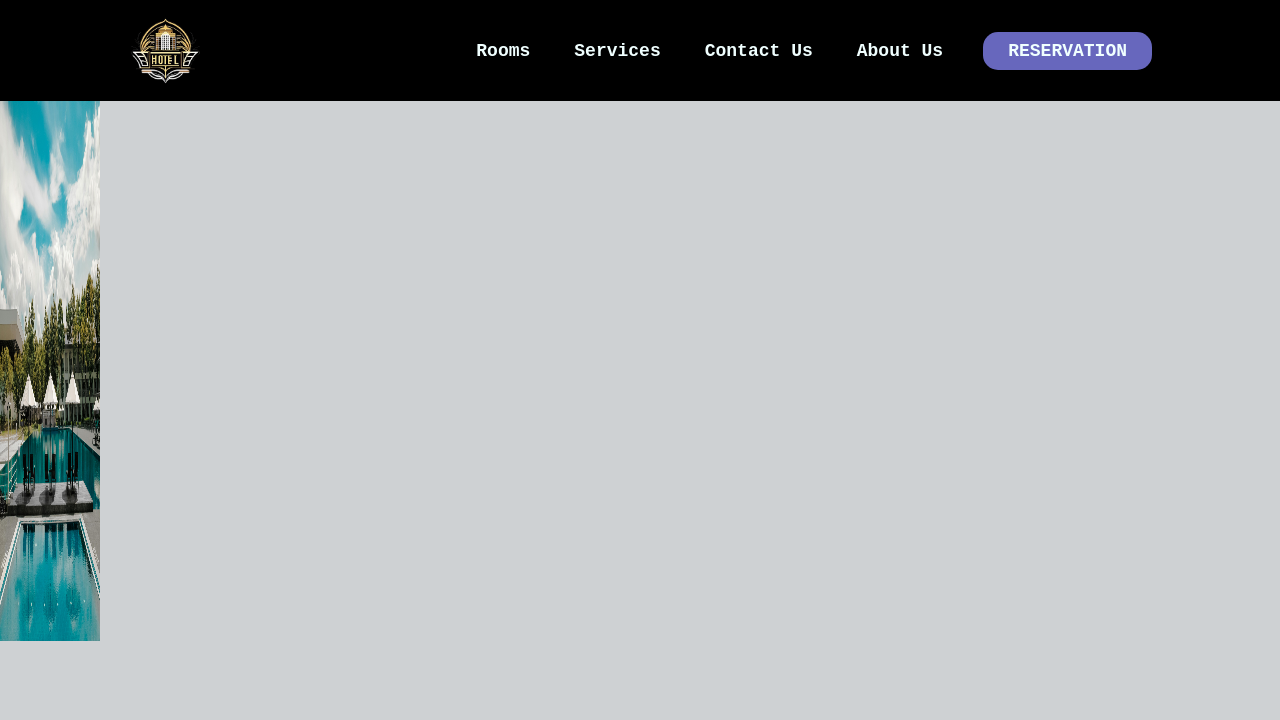
Repository: DhananjayaLakshan/Uom-Web_Design_For_Beginners
Page: Final Assignment/index.html
An editor plug-in stored every save of this project. The page is shown before and after the next save, followed by the edit.
The browser window is 1280 px wide. The pictures show the whole page.

Above is the page before, as saved 2023-11-29 14:20:02.

After the next save:
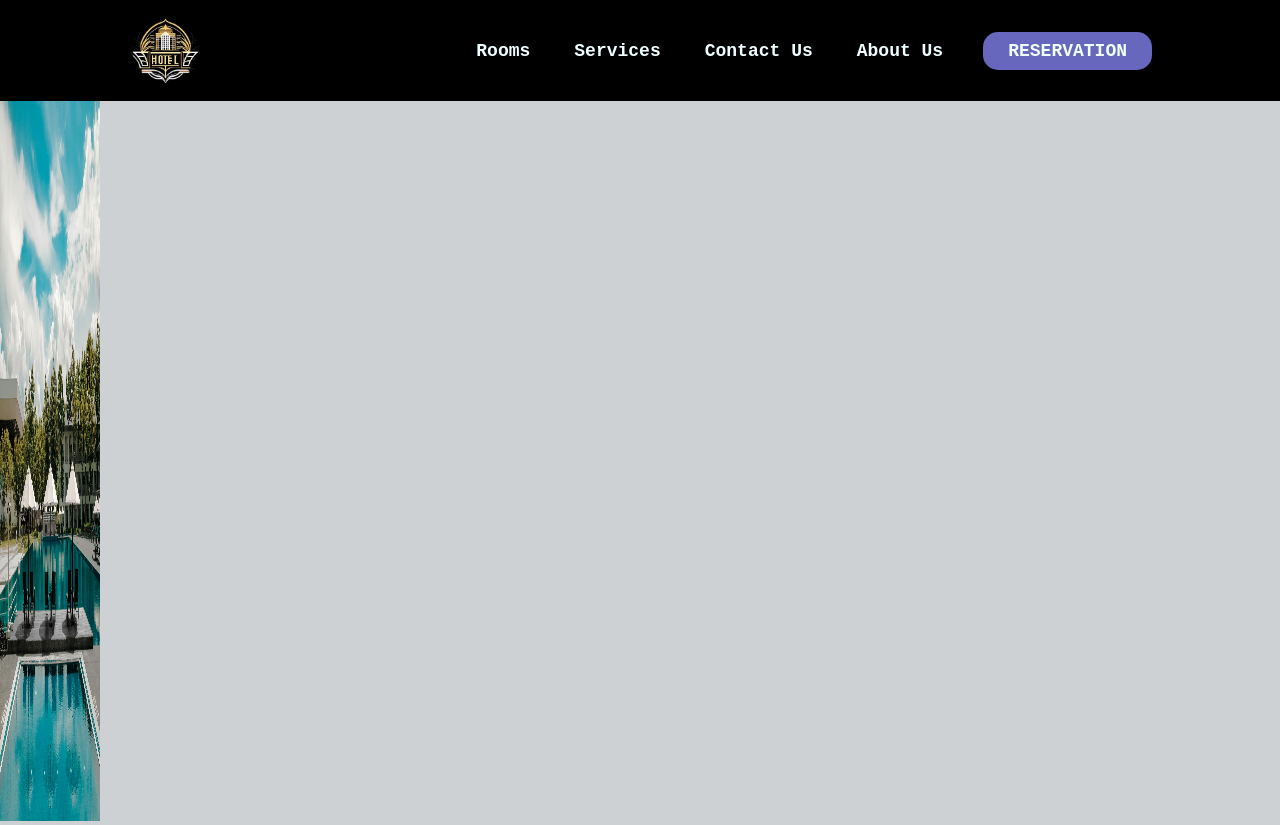
Saved 5 s later.
--- a/Final Assignment/style.css
+++ b/Final Assignment/style.css
@@ -76,5 +76,5 @@
 
 .coverImg{
     width: 100%;
-    height: 75vh;
+    height: 100vh;
 }

After the save that followed:
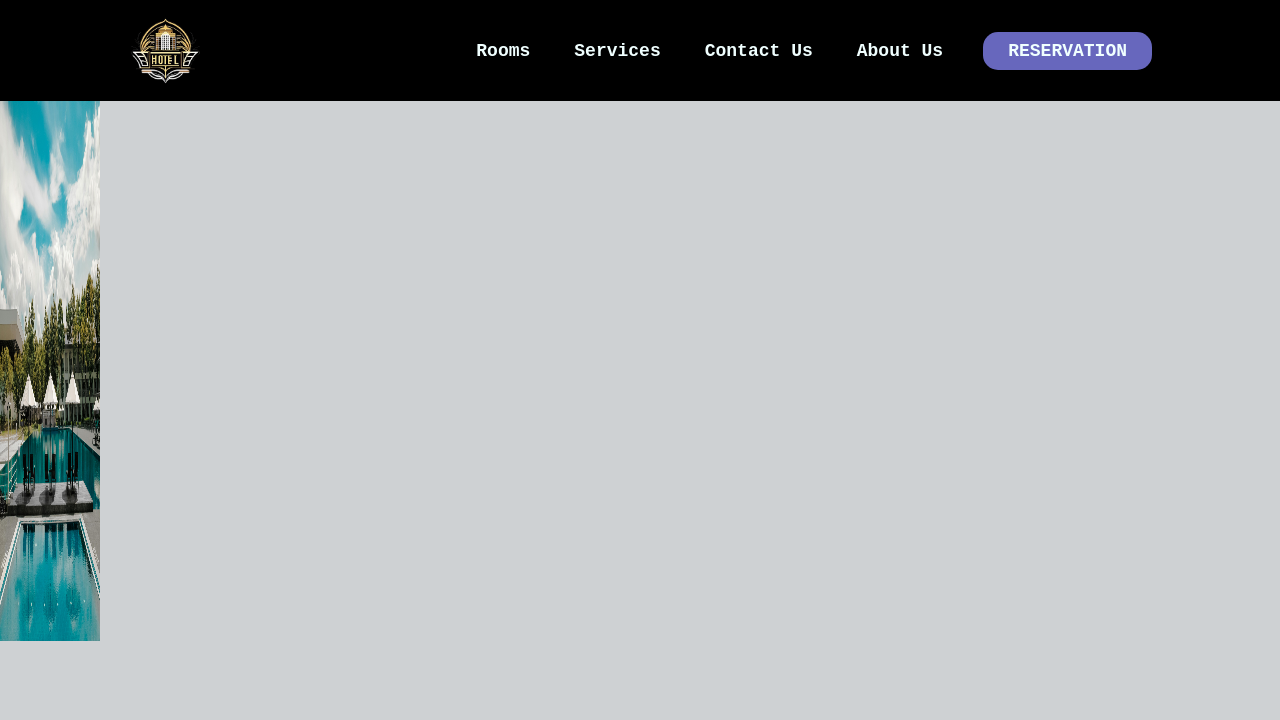
Saved 11 s later.
--- a/Final Assignment/style.css
+++ b/Final Assignment/style.css
@@ -76,5 +76,5 @@
 
 .coverImg{
     width: 100%;
-    height: 100vh;
+    height: 75vh;
 }
